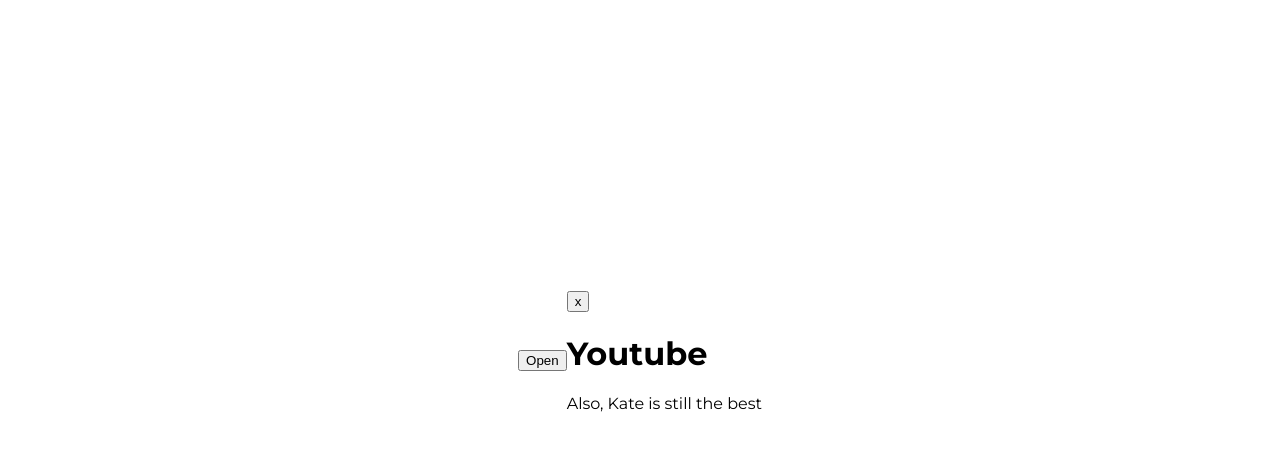
Repository: kate30980/js-practice
Page: popup-modal/index.html
An editor plug-in stored every save of this project. The page is shown before and after the next save, followed by the edit.
The browser window is 1280 px wide. The pictures show the whole page.

Above is the page before, as saved 2021-08-28 23:16:34.

### popup-modal/index.html
<!DOCTYPE html>
<html lang="en">

<head>
    <meta charset="UTF-8">
    <meta http-equiv="X-UA-Compatible" content="IE=edge">
    <meta name="viewport" content="width=device-width, initial-scale=1.0">
    <title>Popup-Modal</title>
    <link rel="stylesheet" href="style.css">
    <script src="script.js" defer></script>
</head>

<body>
    <button id="open">Open</button>

    <div class="popup-container">
        <div class="popup">
            <button id="close">x</button>
            <h1>Youtube</h1>
            <p>Also, Kate is still the best</p>
        </div>
    </div>
</body>

</html>

### popup-modal/style.css
 @import url('https://fonts.googleapis.com/css2?family=Montserrat:wght@300;400;600;700&display=swap');
*{
    box-sizing: border-box;
}
body{
    display: flex;
    align-items: center;
    justify-content: center;
    font-family: 'Montserrat', sans-serif;
    margin: 0;
    min-height:100vh;
}

Loaded but not shown: popup-modal/script.js (no stored copy; drawn as an empty file)

After the next save:
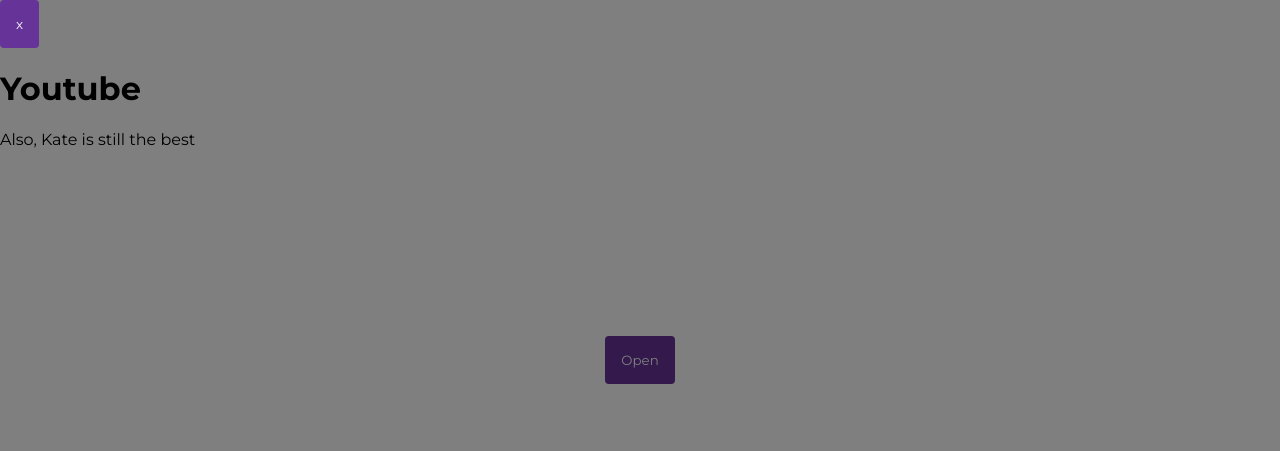
Saved 2 min 9 s later.
--- a/popup-modal/style.css
+++ b/popup-modal/style.css
@@ -10,3 +10,16 @@
     margin: 0;
     min-height:100vh;
 }
+button{
+    background-color: rebeccapurple;
+    color: white;
+    padding: 1rem;
+    border-radius: 4px;
+    border:none !important;
+    font-family: inherit;
+}
+.popup-container{
+    position: fixed;
+    top: 0;left: 0;bottom: 0;right: 0;
+    background-color: rgba(0,0,0,0.5);
+}
